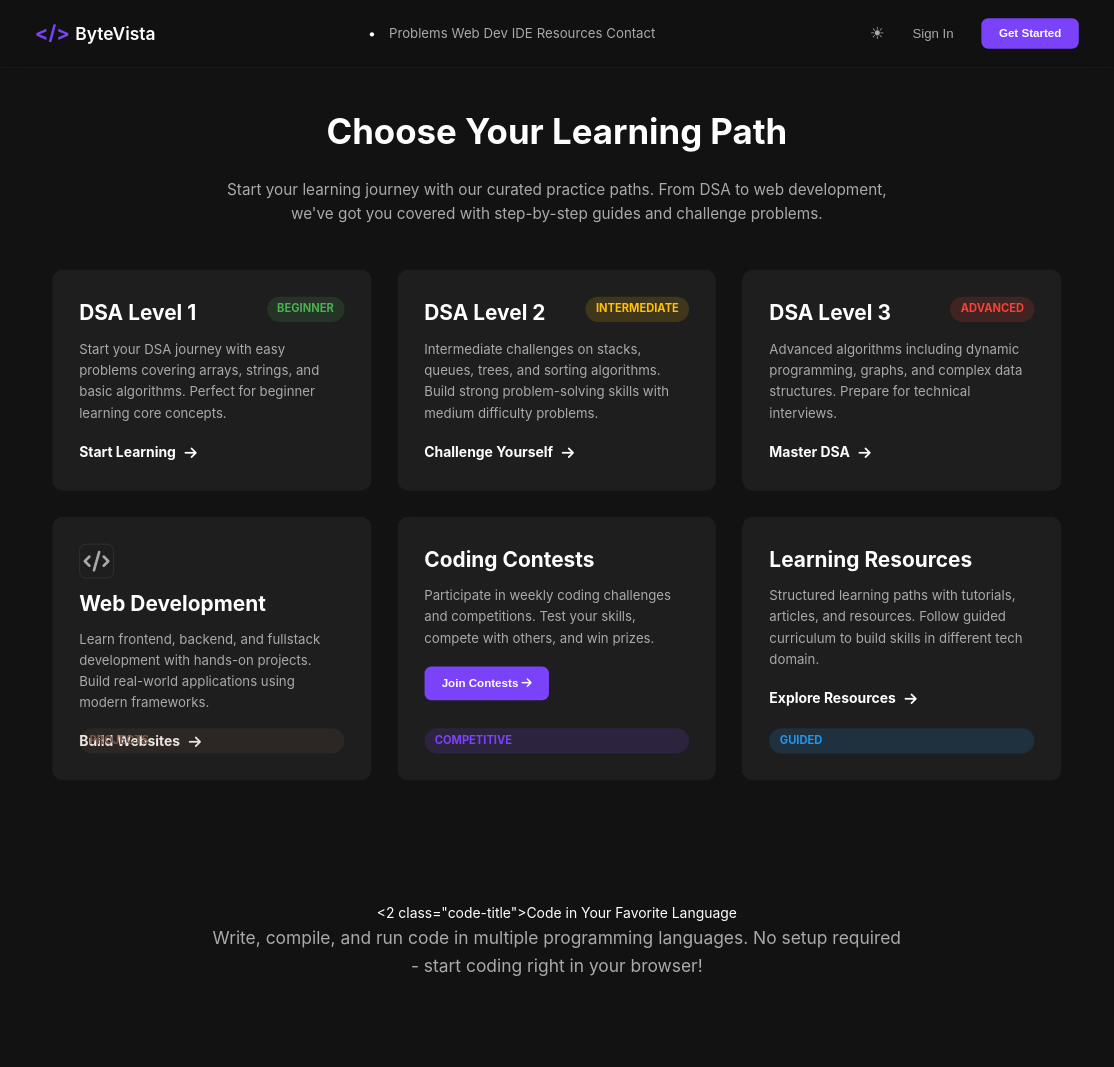
Repository: biswaranjansatapathy2005-lang/ByteVista
Page: frontend/course/course.html
These files come from the project's save history. The page is drawn as it stood at one moment and after a run of saves; the edit follows.
The browser window is 1280 px wide. The pictures show the whole page, at 87% of full size.

Above is the page before, as saved 2025-12-13 04:09:47.

After the next 2 saves:
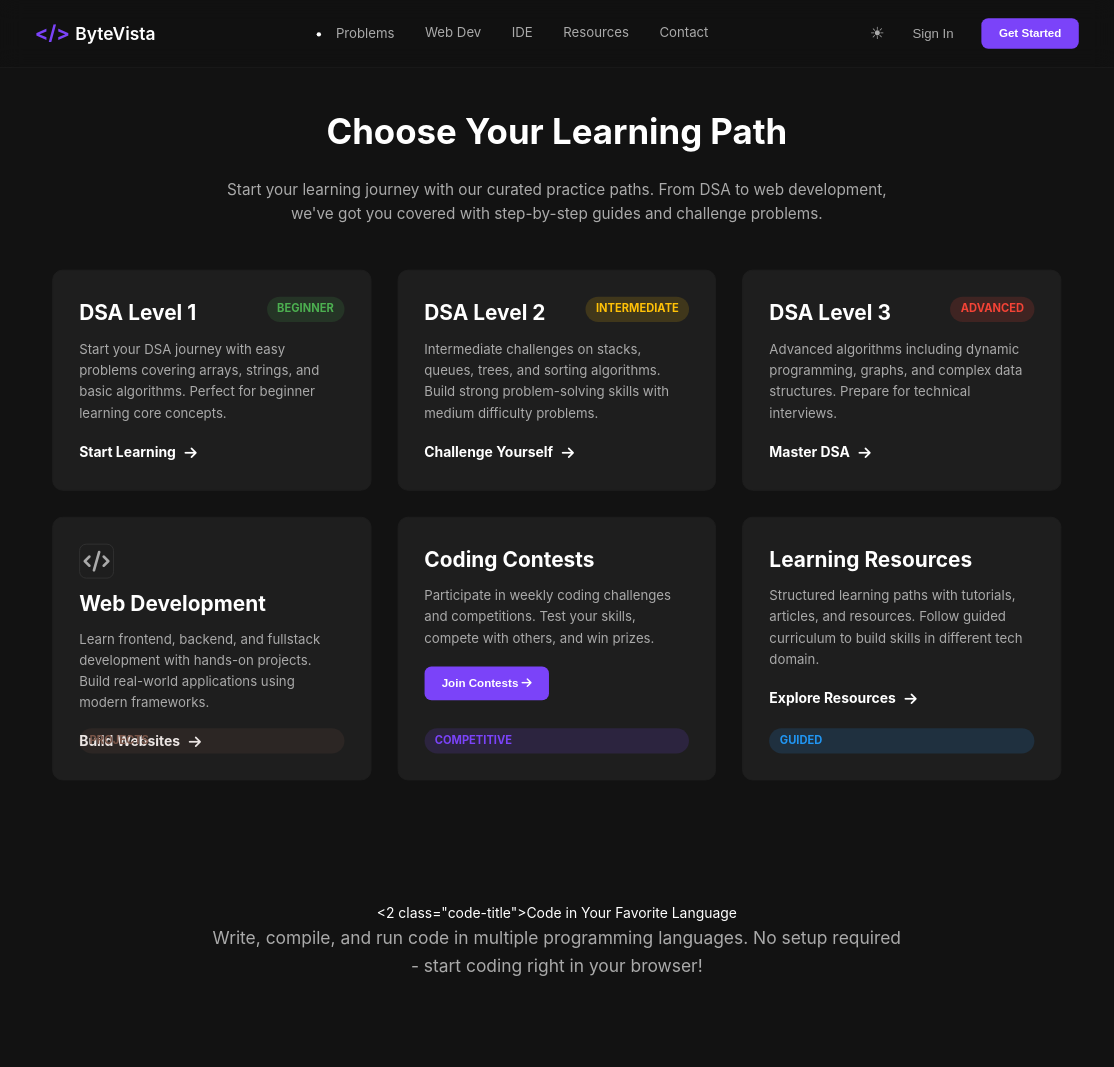
The 2 saves are shown as one change because they came seconds apart.
The last was saved 7 s later.
--- a/frontend/course/course.html
+++ b/frontend/course/course.html
@@ -15,7 +15,7 @@
     </a>
 
     <nav class="nav-links">
-       <li><a href="#">Problems</a>
+       <li><a href="#">Problems</a></li>
         <a href="#">Web Dev</a>
         <a href="#">IDE</a>
         <a href="#">Resources</a>
